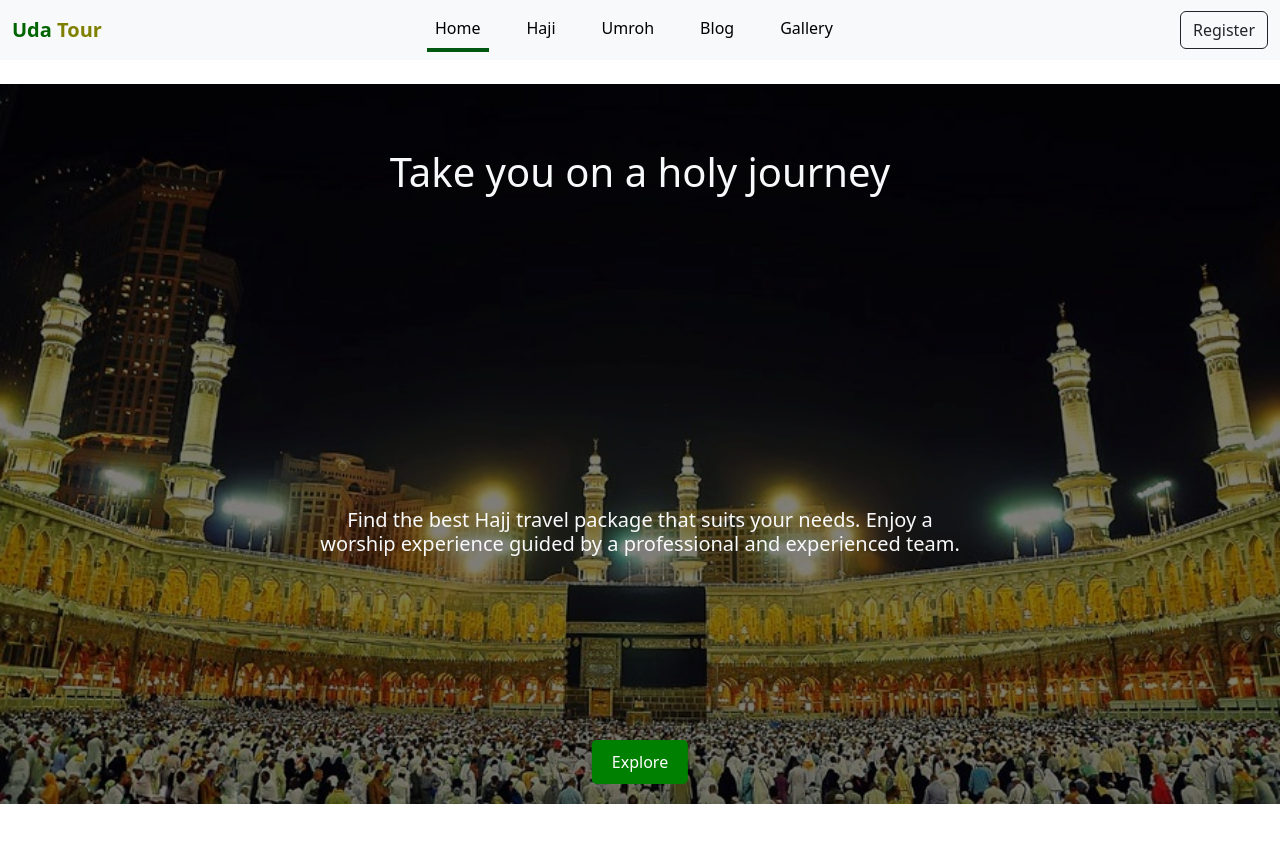
Repository: Putrabobi/Task7
Page: index.html
An editor plug-in stored every save of this project. The page is shown before and after the next save, followed by the edit.
The browser window is 1280 px wide. The pictures show the whole page.

Above is the page before, as saved 2024-03-25 11:02:42.

After the next save:
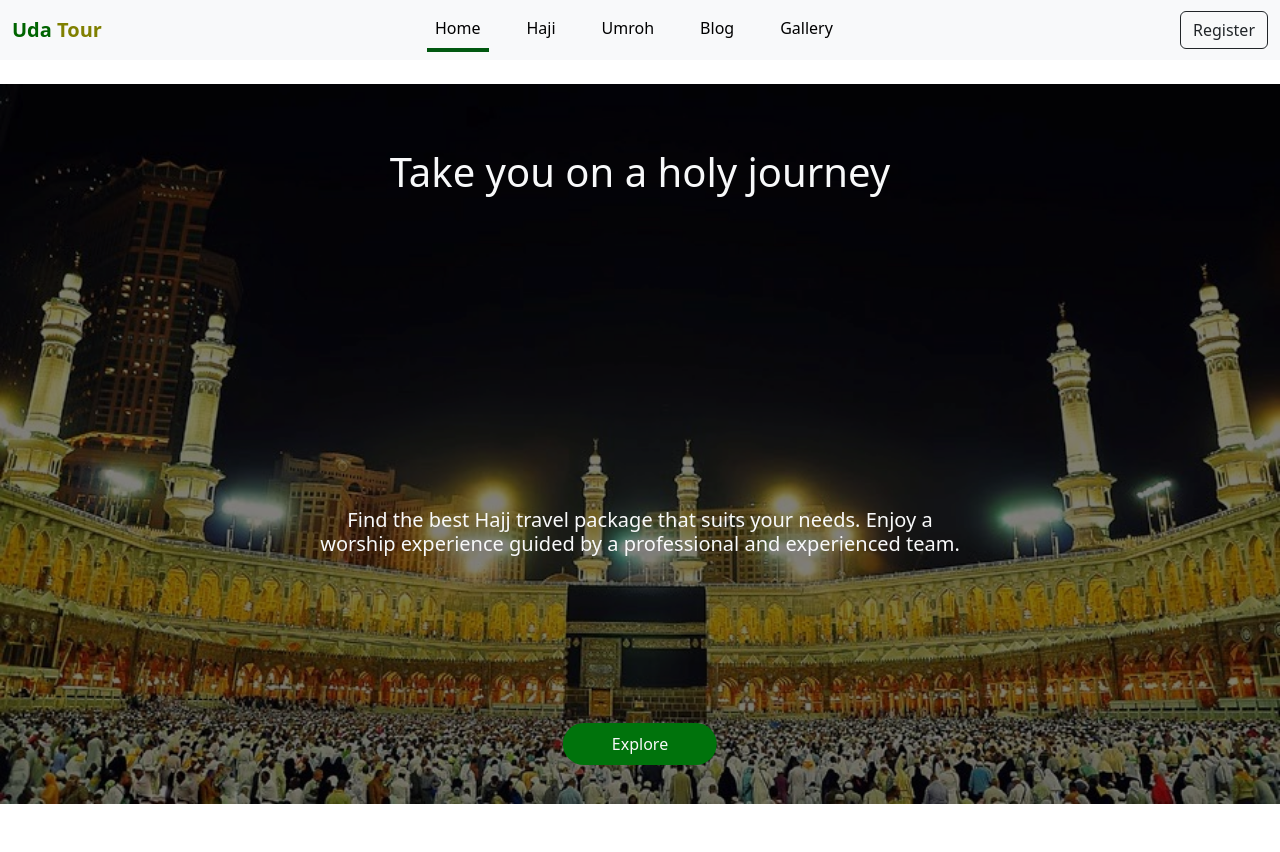
Saved 25 s later.
--- a/index.html
+++ b/index.html
@@ -51,7 +51,9 @@
         <img src="images/mekkah.jpg" style="filter: brightness(50%);" alt="Mekkah" width="100%">
         <h1 class="position-absolute top-0 start-50 translate-middle-x text-light" style="margin-top: 5%;">Take you on a holy journey</h1>
         <h5 class="position-absolute top-50 start-50 translate-middle-x text-light" style="margin-top: 5%;">Find the best Hajj travel package that suits your needs. Enjoy a worship experience guided by a professional and experienced team.</h5>
-        <button type="button" style="position: absolute; bottom: 20px; left: 50%; transform: translateX(-50%); background-color: green; color: white; padding: 10px 20px; border: none; border-radius: 5px; cursor: pointer;">Explore</button>
+        <button type="button"
+      class="btn text-light px-5 py-2 rounded-5 position-absolute bottom-0 start-50 translate-middle-x"
+      style="background-color: #00730c; margin-bottom: 3%;">Explore</button>
     </div>
 
 
